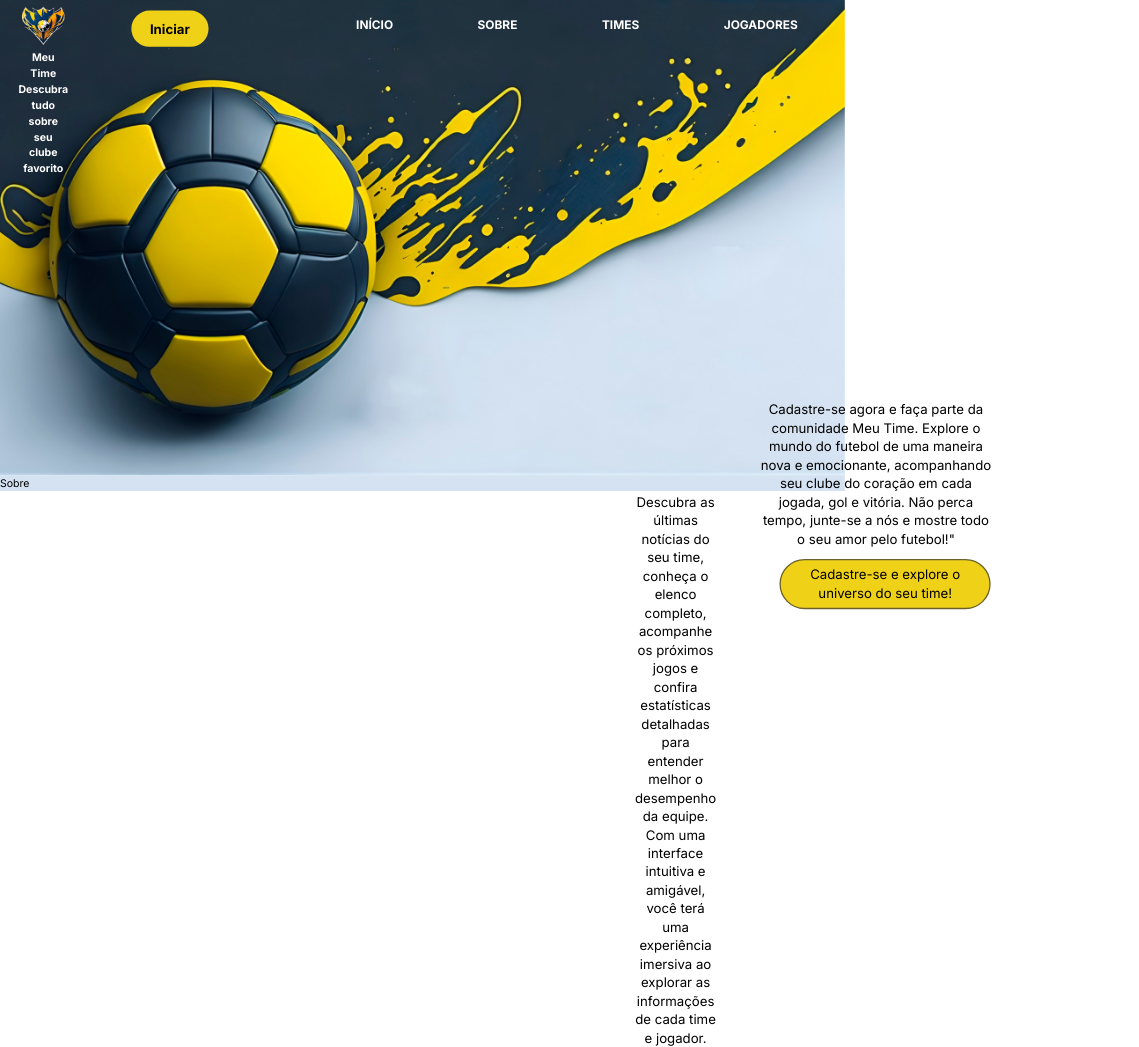
Repository: LuizAGDomingues/MeuTimeApp
Page: /
The author's editor kept a copy of each file at every save. The page is drawn from the files as they stood at one save, then again after the next save.
The browser window is 1280 px wide. The page is 1725 px wide, then 1703 px, so the pictures cover 1725 px, including what lies to the right of the window. The pictures show the whole page, at 66% of full size.
The project was rebuilt for these pictures with package versions that can differ from the ones it lists, and the page was loaded fresh each time. The framework's server and built-in components were replaced by stand-ins that run in the browser. Also part of the build but not shown: next.config.js.

Above is the page before, as saved 2023-05-22 14:04:05.

After the next save:
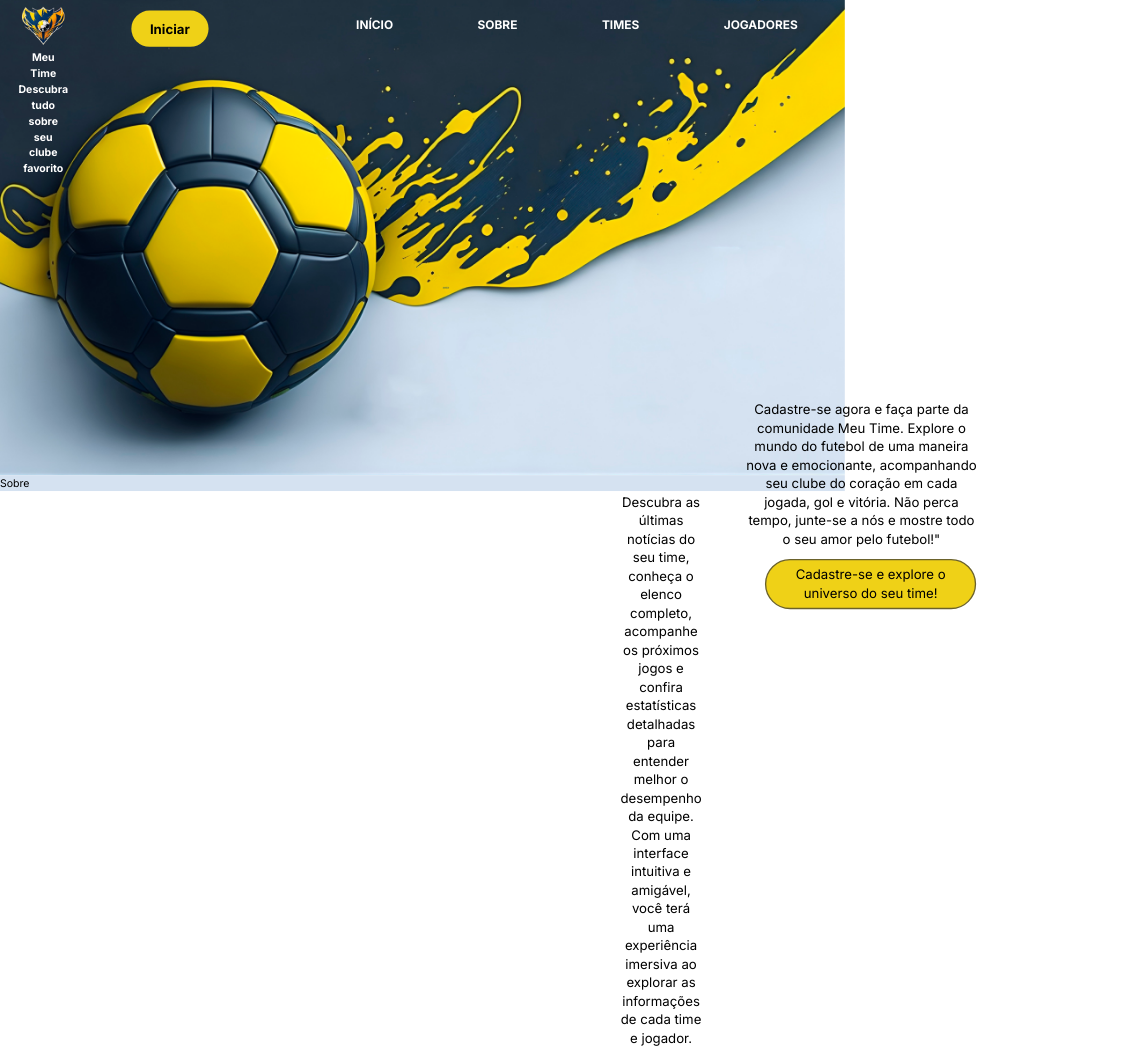
Saved 11 s later.
--- a/src/app/page.tsx
+++ b/src/app/page.tsx
@@ -7,7 +7,7 @@
       <main className="w-full h-screen">
         <Header />
         <div className="flex">
-          <p className="text-xl text-center w-[410px] ml-[962px] mt-[480px]">Descubra as últimas notícias do seu time, conheça o elenco completo, acompanhe os próximos jogos e confira estatísticas detalhadas para entender melhor o desempenho da equipe. Com uma interface intuitiva e amigável, você terá uma experiência imersiva ao explorar as informações de cada time e jogador.</p>
+          <p className="text-xl text-center w-[410px] ml-[940px] mt-[480px]">Descubra as últimas notícias do seu time, conheça o elenco completo, acompanhe os próximos jogos e confira estatísticas detalhadas para entender melhor o desempenho da equipe. Com uma interface intuitiva e amigável, você terá uma experiência imersiva ao explorar as informações de cada time e jogador.</p>
           <div className="flex flex-col">
             <p className="text-xl text-center w-[356px] ml-16 mt-[340px]">Cadastre-se agora e faça parte da comunidade Meu Time. Explore o mundo do futebol de uma maneira nova e emocionante, acompanhando seu clube do coração em cada jogada, gol e vitória. Não perca tempo, junte-se a nós e mostre todo o seu amor pelo futebol!"</p>
             <LoginDialog text="Cadastre-se e explore o universo do seu time!" className="font-normal w-80 text-base border-2 border-[#6B622B]"/>
